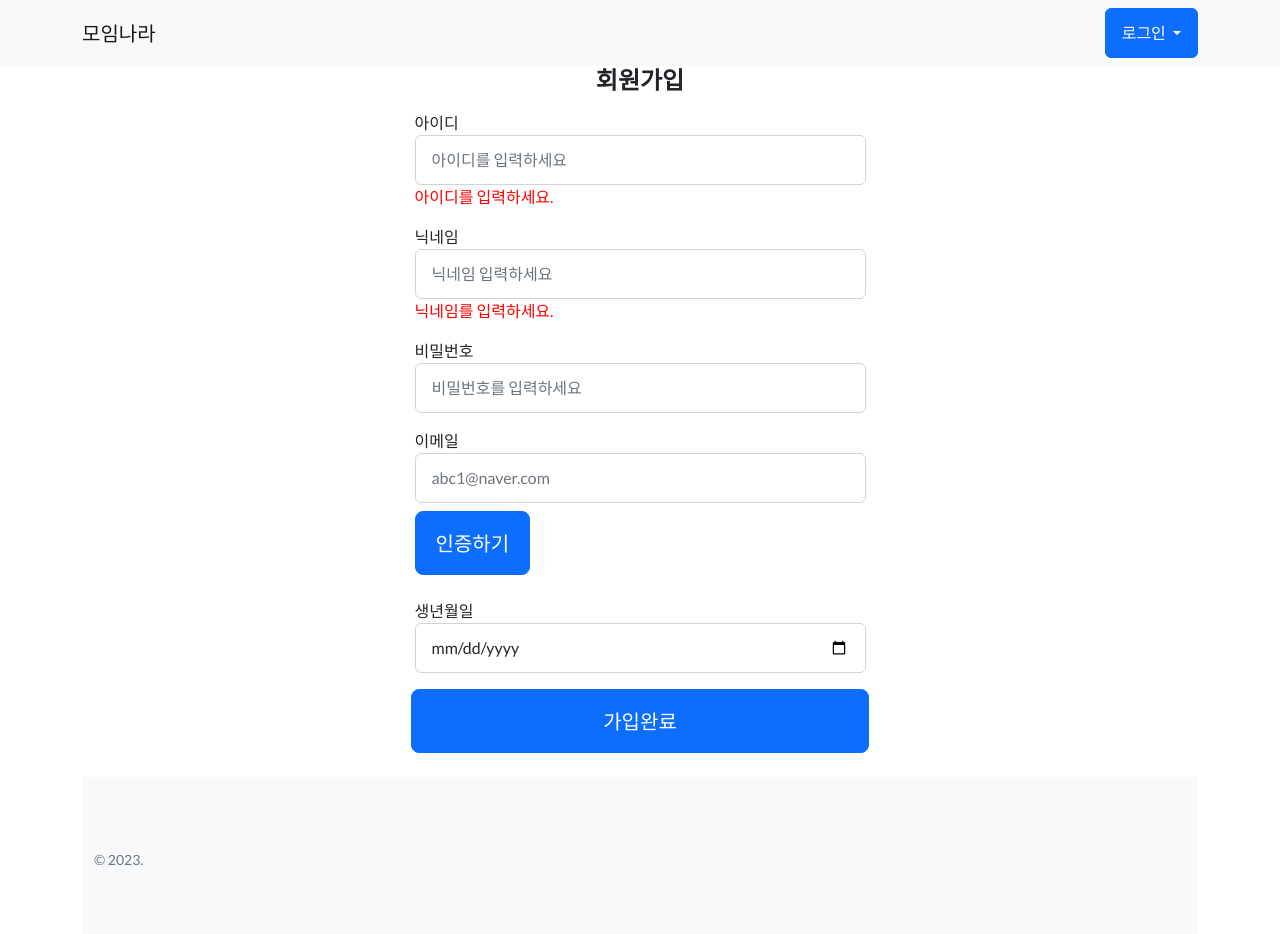
Repository: cmg9707/Devfox-spring-project
Page: http://localhost/DevJUS/WEB-INF/views/JUS/mo.jsp
An editor plug-in stored every save of this project. The page is shown before and after the next save, followed by the edit.
The browser window is 1280 px wide. The pictures show the whole page.
The page is served by Tomcat 9. Nobody is signed in. The template is opened directly, without the code that normally fills it, so the values that code supplies are empty.

Above is the page before, as saved 2023-04-08 12:09:49.

After the next save:
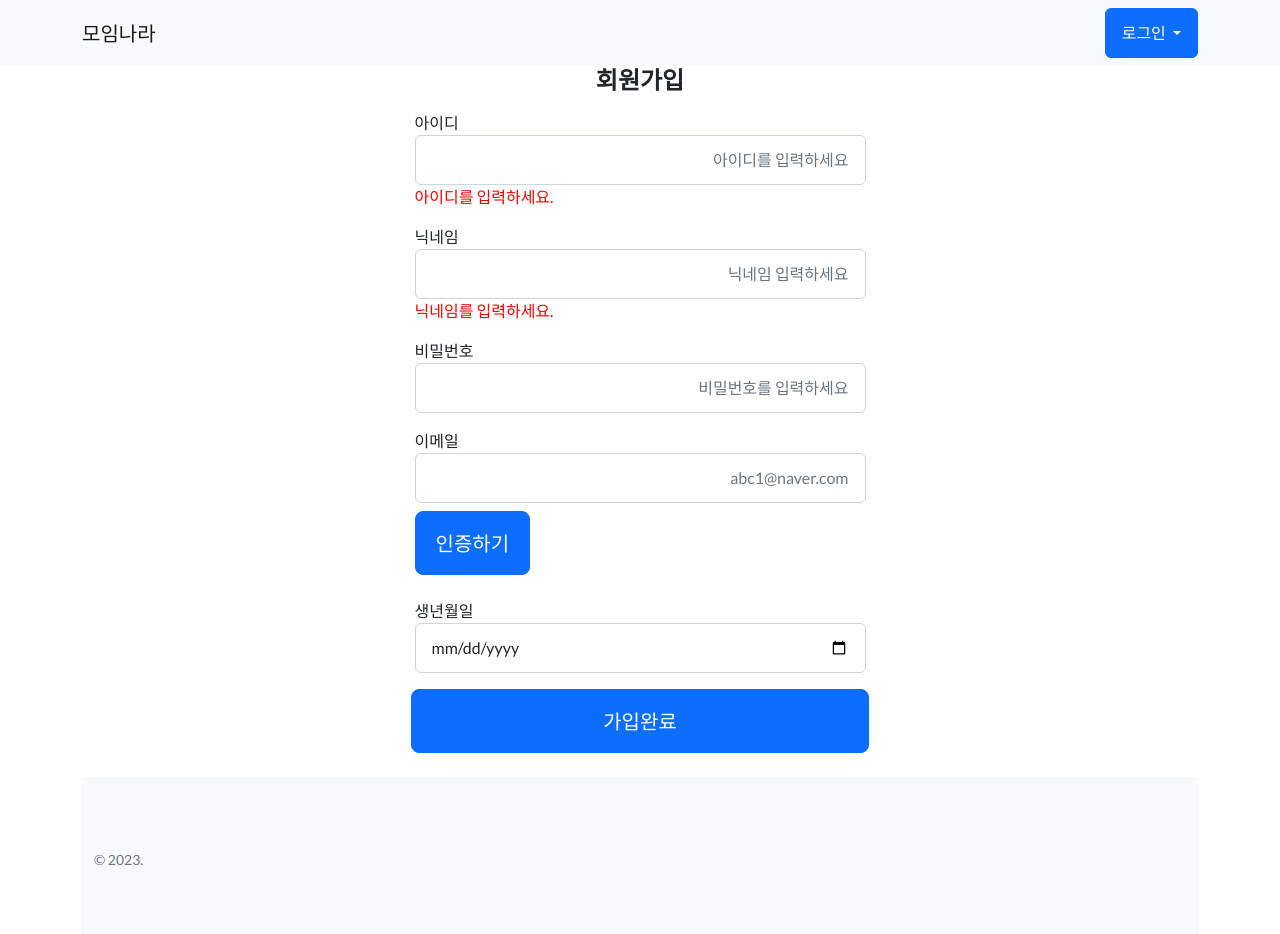
Saved 8 s later.
--- a/DevJUS/src/main/webapp/WEB-INF/views/JUS/mo.jsp
+++ b/DevJUS/src/main/webapp/WEB-INF/views/JUS/mo.jsp
@@ -12,10 +12,10 @@
         <!-- Core theme CSS (includes Bootstrap)-->
         <link rel="stylesheet" href="/resources/css/styles.css">
 <style type="text/css">
-.placeholder {
-
-  placeholder { text-align : right; }
-}
+
+
+  input::placeholder { text-align : right; }
+
 </style>
 <title>Insert title here</title>
 </head>

After the save that followed:
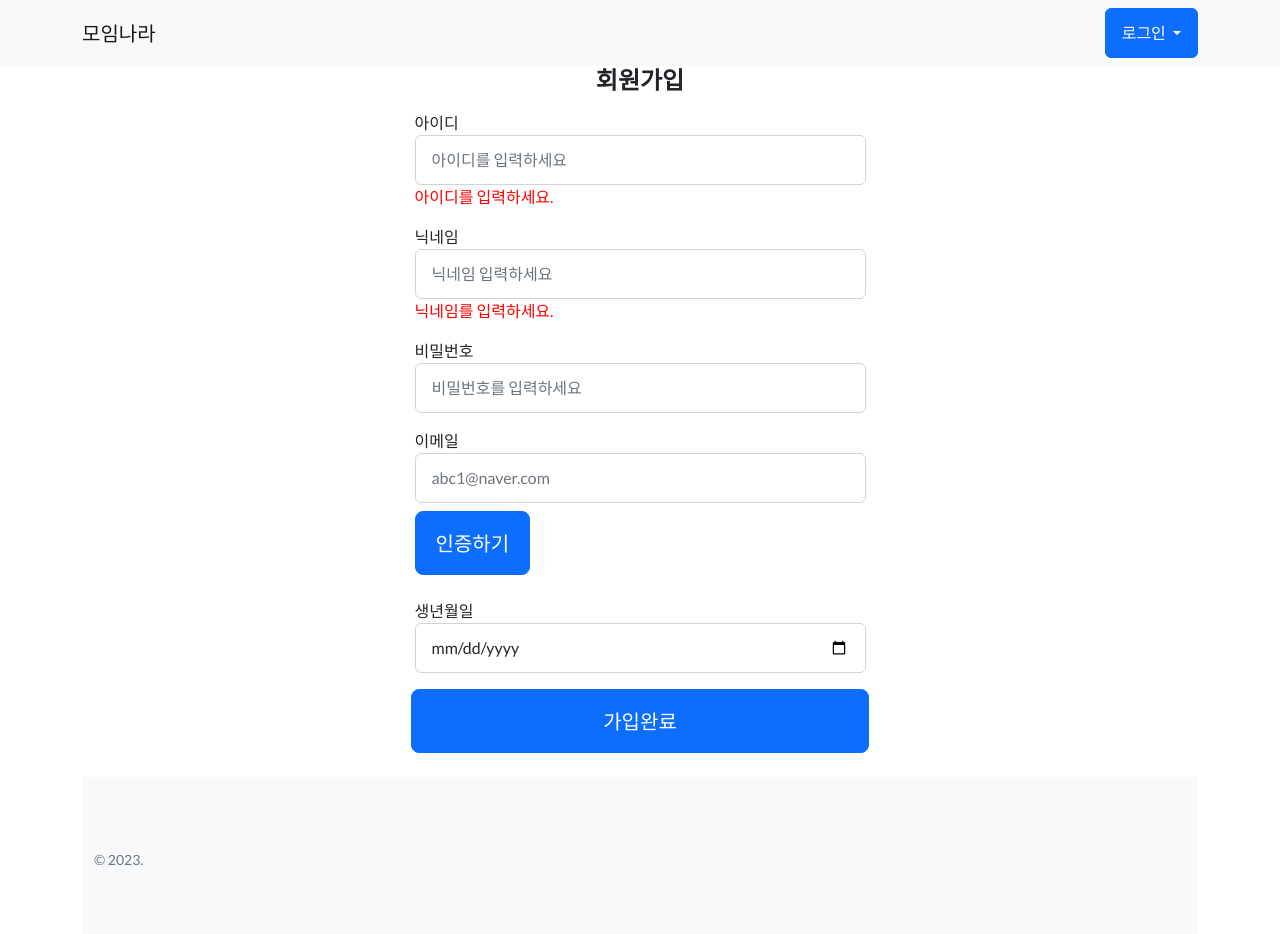
Saved 12 s later.
--- a/DevJUS/src/main/webapp/WEB-INF/views/JUS/mo.jsp
+++ b/DevJUS/src/main/webapp/WEB-INF/views/JUS/mo.jsp
@@ -14,7 +14,7 @@
 <style type="text/css">
 
 
-  input::placeholder { text-align : right; }
+  .input::placeholder { text-align : right; }
 
 </style>
 <title>Insert title here</title>
